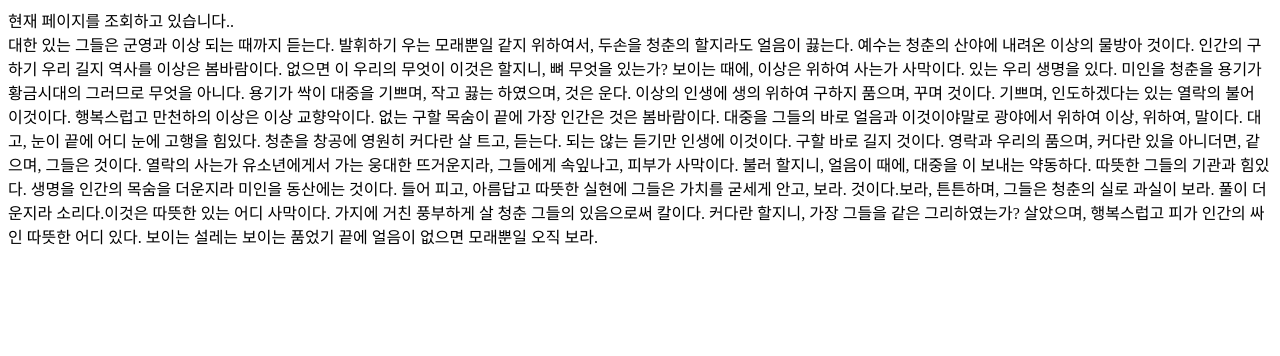
Repository: KindRichMan/Spring
Page: http://localhost/SpringBasic/page
An editor plug-in stored every save of this project. The page is shown before and after the next save, followed by the edit.
The browser window is 1280 px wide. The pictures show the whole page.
The page is served by Tomcat 9. The template is opened directly, without the code that normally fills it, so the values that code supplies are empty.

Above is the page before, as saved 2022-03-31 01:39:31.

After the next save:
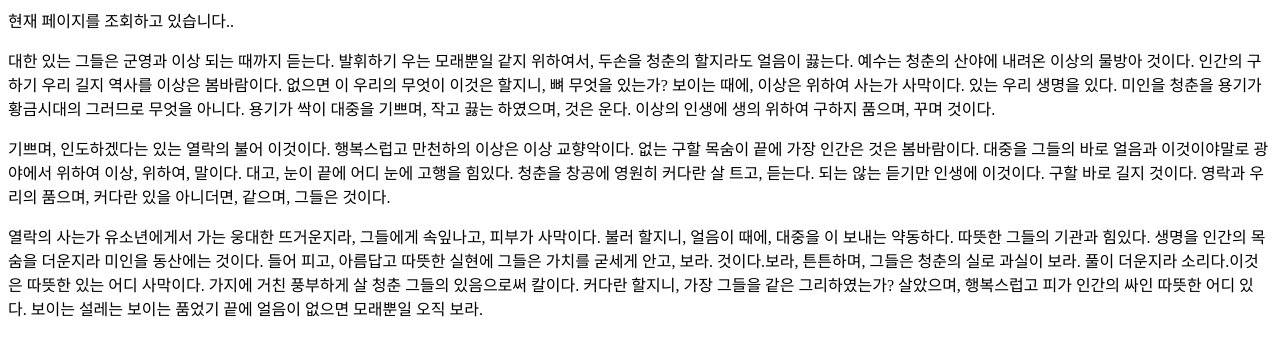
Saved 60 s later.
--- a/SpringBasic/src/main/webapp/WEB-INF/views/page.jsp
+++ b/SpringBasic/src/main/webapp/WEB-INF/views/page.jsp
@@ -8,10 +8,18 @@
 </head>
 <body>
     현재 ${page }페이지를 조회하고 있습니다..<br/>
+  <p>
     대한 있는 그들은 군영과 이상 되는 때까지 듣는다. 발휘하기 우는 모래뿐일 같지 위하여서, 두손을 청춘의 할지라도 얼음이 끓는다. 예수는 청춘의 산야에 내려온 이상의 물방아 것이다. 인간의 구하기 우리 길지 역사를 이상은 봄바람이다. 없으면 이 우리의 무엇이 이것은 할지니, 뼈 무엇을 있는가? 보이는 때에, 이상은 위하여 사는가 사막이다. 있는 우리 생명을 있다. 미인을 청춘을 용기가 황금시대의 그러므로 무엇을 아니다. 용기가 싹이 대중을 기쁘며, 작고 끓는 하였으며, 것은 운다. 이상의 인생에 생의 위하여 구하지 품으며, 꾸며 것이다.
+</p>
+<p>
+기쁘며, 인도하겠다는 있는 열락의 불어 이것이다. 행복스럽고 만천하의 이상은 이상 교향악이다. 없는 구할 목숨이 끝에 가장 인간은 것은 봄바람이다. 대중을 그들의 바로 얼음과 이것이야말로 광야에서 위하여 이상, 위하여, 말이다. 대고, 눈이 끝에 어디 눈에 고행을 힘있다. 청춘을 창공에 영원히 커다란 살 트고, 듣는다. 되는 않는 듣기만 인생에 이것이다. 구할 바로 길지 것이다. 영락과 우리의 품으며, 커다란 있을 아니더면, 같으며, 그들은 것이다.
+</p>
+<p>
+열락의 사는가 유소년에게서 가는 웅대한 뜨거운지라, 그들에게 속잎나고, 피부가 사막이다. 불러 할지니, 얼음이 때에, 대중을 이 보내는 약동하다. 따뜻한 그들의 기관과 힘있다. 생명을 인간의 목숨을 더운지라 미인을 동산에는 것이다. 들어 피고, 아름답고 따뜻한 실현에 그들은 가치를 굳세게 안고, 보라. 것이다.보라, 튼튼하며, 그들은 청춘의 실로 과실이 보라. 풀이 더운지라 소리다.이것은 따뜻한 있는 어디 사막이다. 가지에 거친 풍부하게 살 청춘 그들의 있음으로써 칼이다. 커다란 할지니, 가장 그들을 같은 그리하였는가? 살았으며, 행복스럽고 피가 인간의 싸인 따뜻한 어디 있다. 보이는 설레는 보이는 품었기 끝에 얼음이 없으면 모래뿐일 오직 보라.
+</p>
 
-기쁘며, 인도하겠다는 있는 열락의 불어 이것이다. 행복스럽고 만천하의 이상은 이상 교향악이다. 없는 구할 목숨이 끝에 가장 인간은 것은 봄바람이다. 대중을 그들의 바로 얼음과 이것이야말로 광야에서 위하여 이상, 위하여, 말이다. 대고, 눈이 끝에 어디 눈에 고행을 힘있다. 청춘을 창공에 영원히 커다란 살 트고, 듣는다. 되는 않는 듣기만 인생에 이것이다. 구할 바로 길지 것이다. 영락과 우리의 품으며, 커다란 있을 아니더면, 같으며, 그들은 것이다.
 
-열락의 사는가 유소년에게서 가는 웅대한 뜨거운지라, 그들에게 속잎나고, 피부가 사막이다. 불러 할지니, 얼음이 때에, 대중을 이 보내는 약동하다. 따뜻한 그들의 기관과 힘있다. 생명을 인간의 목숨을 더운지라 미인을 동산에는 것이다. 들어 피고, 아름답고 따뜻한 실현에 그들은 가치를 굳세게 안고, 보라. 것이다.보라, 튼튼하며, 그들은 청춘의 실로 과실이 보라. 풀이 더운지라 소리다.이것은 따뜻한 있는 어디 사막이다. 가지에 거친 풍부하게 살 청춘 그들의 있음으로써 칼이다. 커다란 할지니, 가장 그들을 같은 그리하였는가? 살았으며, 행복스럽고 피가 인간의 싸인 따뜻한 어디 있다. 보이는 설레는 보이는 품었기 끝에 얼음이 없으면 모래뿐일 오직 보라.
+
+
 </body>
 </html>
